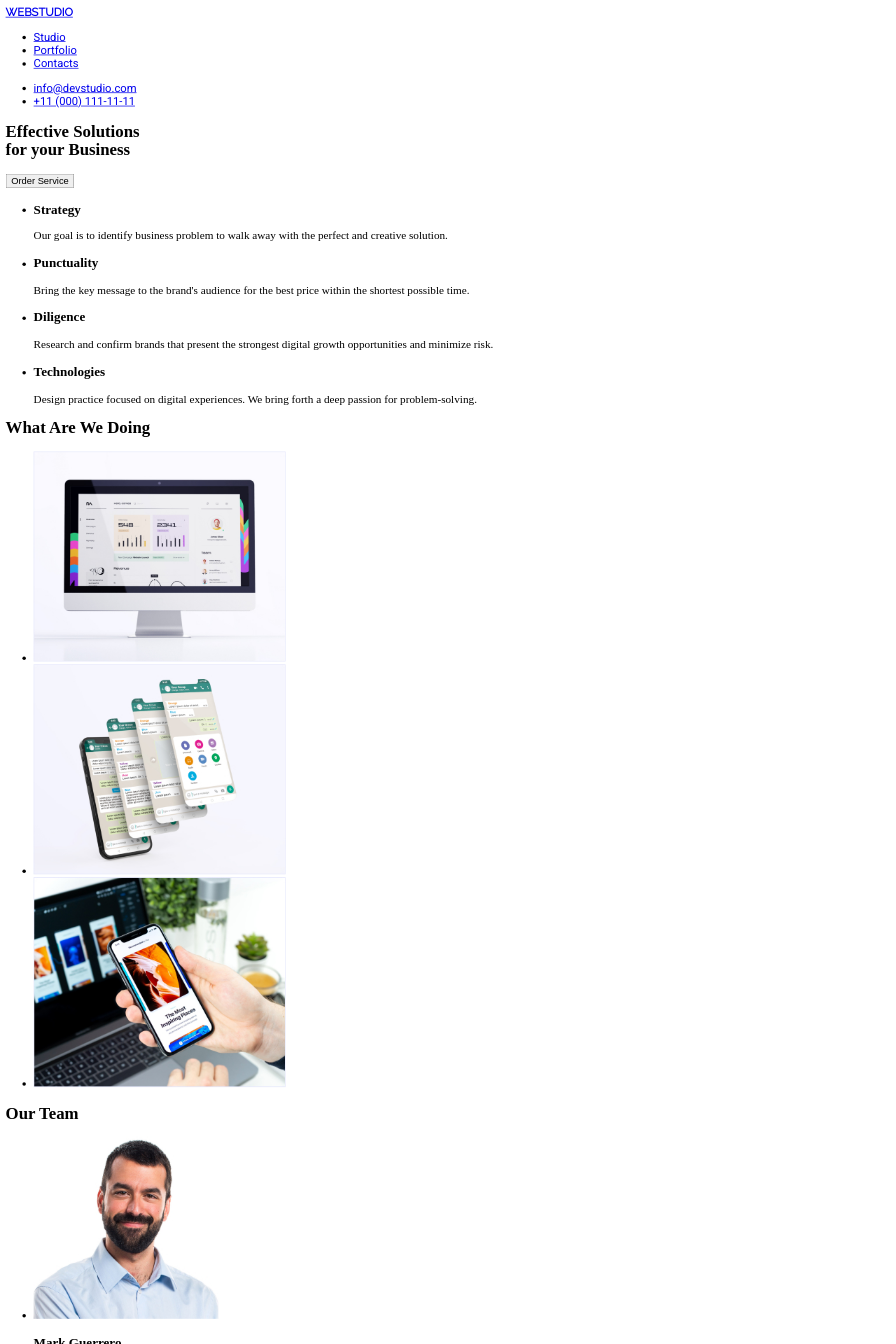
Repository: jandiman/goit-markup-hw-02
Page: index.html
An editor plug-in stored every save of this project. The page is shown before and after the next save, followed by the edit.
The browser window is 1280 px wide. The pictures show the part of the page from y = 0 to 1920 px (the page is 3158 px tall before and 3152 px after), at 70% of full size.

Above is the page before, as saved 2023-07-04 22:25:58.

### index.html
<!DOCTYPE html>
<html lang="en">
  <head>
    <meta charset="UTF-8" />
    <meta name="viewport" content="width=device-width, initial-scale=1.0" />
    <title>Homework 2</title>
    <link
      rel="stylesheet"
      href="https://fonts.googleapis.com/css?family=Roboto|Raleway"
    />
    <link rel="stylesheet" href="./css/styles.css" />
  </head>

  <body>
    <!--Header-->
    <header>
      <nav>
        <!--Logo-->
        <a href="./index.html" class="a">WEBSTUDIO</a>
        <!--links-->
        <ul>
          <li>
            <a href="./index.html" class="c">Studio</a>
          </li>
          <li><a href="./portfolio.html" class="c">Portfolio</a></li>
          <li><a href="#" class="c">Contacts</a></li>
        </ul>
      </nav>
      <!--contact info-->
      <ul>
        <li>
          <a href="mailto:info@devstudio.com" class="b">info@devstudio.com</a>
        </li>
        <li><a href="tel:+110001111111" class="b">+11 (000) 111-11-11</a></li>
      </ul>
    </header>

    <main>
      <!--Hero Image-->
      <section>
        <h1>Effective Solutions <br />for your Business</h1>
        <button type="button">Order Service</button>
      </section>

      <!--Section 1-->
      <section>
        <ul>
          <li>
            <h3>Strategy</h3>
            <p>
              Our goal is to identify business problem to walk away with the
              perfect and creative solution.
            </p>
          </li>
          <li>
            <h3>Punctuality</h3>
            <p>
              Bring the key message to the brand's audience for the best price
              within the shortest possible time.
            </p>
          </li>
          <li>
            <h3>Diligence</h3>
            <p>
              Research and confirm brands that present the strongest digital
              growth opportunities and minimize risk.
            </p>
          </li>
          <li>
            <h3>Technologies</h3>
            <p>
              Design practice focused on digital experiences. We bring forth a
              deep passion for problem-solving.
            </p>
          </li>
        </ul>
      </section>

      <!--Section 2-->
      <section>
        <h2>What Are We Doing</h2>
        <ul>
          <li>
            <img
              src="./images/section 2 images/img 1.jpg"
              alt="monitor"
              width="360"
            />
          </li>
          <li>
            <img
              src="./images/section 2 images/img 2.jpg"
              alt="phone"
              width="360"
            />
          </li>
          <li>
            <img
              src="./images/section 2 images/img 3.jpg"
              alt="phone and laptop"
              width="360"
            />
          </li>
        </ul>
      </section>

      <!--Section 3-->
      <section>
        <h2>Our Team</h2>
        <ul>
          <li>
            <img
              src="./images/Section 3 images/member 1.jpg"
              alt="Mark Guerrero"
              width="264"
            />
            <h3>Mark Guerrero</h3>
            <p>Product Designer</p>
          </li>
          <li>
            <img
              src="./images/Section 3 images/member 2.jpg"
              alt="Tom Ford"
              width="264"
            />
            <h3>Tom Ford</h3>
            <p>Frontend Developer</p>
          </li>
          <li>
            <img
              src="./images/Section 3 images/member 3.jpg"
              alt="Camila Garcia"
              width="264"
            />
            <h3>Camila Garcia</h3>
            <p>Marketing</p>
          </li>
          <li>
            <img
              src="./images/Section 3 images/member 4.jpg"
              alt="Daniel Wilson"
              width="264"
            />
            <h3>Daniel Wilson</h3>
            <p>UI Designer</p>
          </li>
        </ul>
      </section>
    </main>

    <!--Footer-->
    <footer>
      <a href="./index.html">WEBSTUDIO</a>
      <p>
        Increase the flow of customers and sales <br />for your business with
        digital <br />marketing & growth solutions.
      </p>
    </footer>
  </body>
</html>

### css/styles.css
a.a {
  font-family: "Raleway";
  font-weight: 800;
}

a.b {
  font-family: "Roboto";
  font-weight: 400;
}

a.c {
  font-family: "Roboto";
  font-weight: 500;
}

a.d {
  font-family: "Roboto";
  font-weight: 700;
}

a.e {
  font-family: "Roboto";
  font-weight: 900;
}

After the next save:
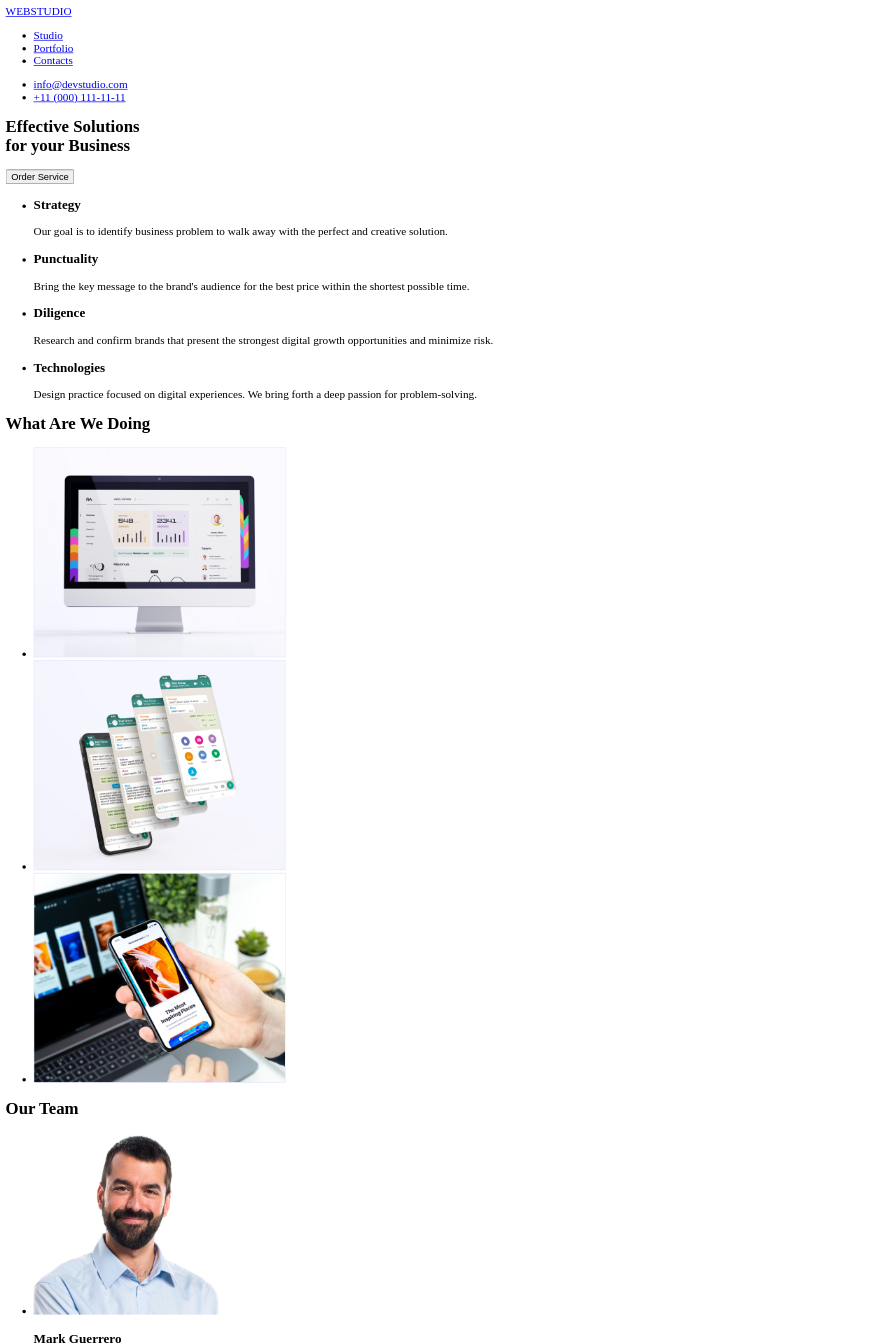
Saved 112 s later.
--- a/css/styles.css
+++ b/css/styles.css
@@ -1,24 +1,29 @@
-a.a {
+a .a {
   font-family: "Raleway";
   font-weight: 800;
 }
 
-a.b {
+a .b {
   font-family: "Roboto";
   font-weight: 400;
 }
 
-a.c {
+a .c {
   font-family: "Roboto";
   font-weight: 500;
 }
 
-a.d {
+a .d {
   font-family: "Roboto";
   font-weight: 700;
 }
 
-a.e {
+a .e {
   font-family: "Roboto";
   font-weight: 900;
 }
+
+h1 .hero {
+  font-family: "Roboto";
+  font-weight: 700;
+}
